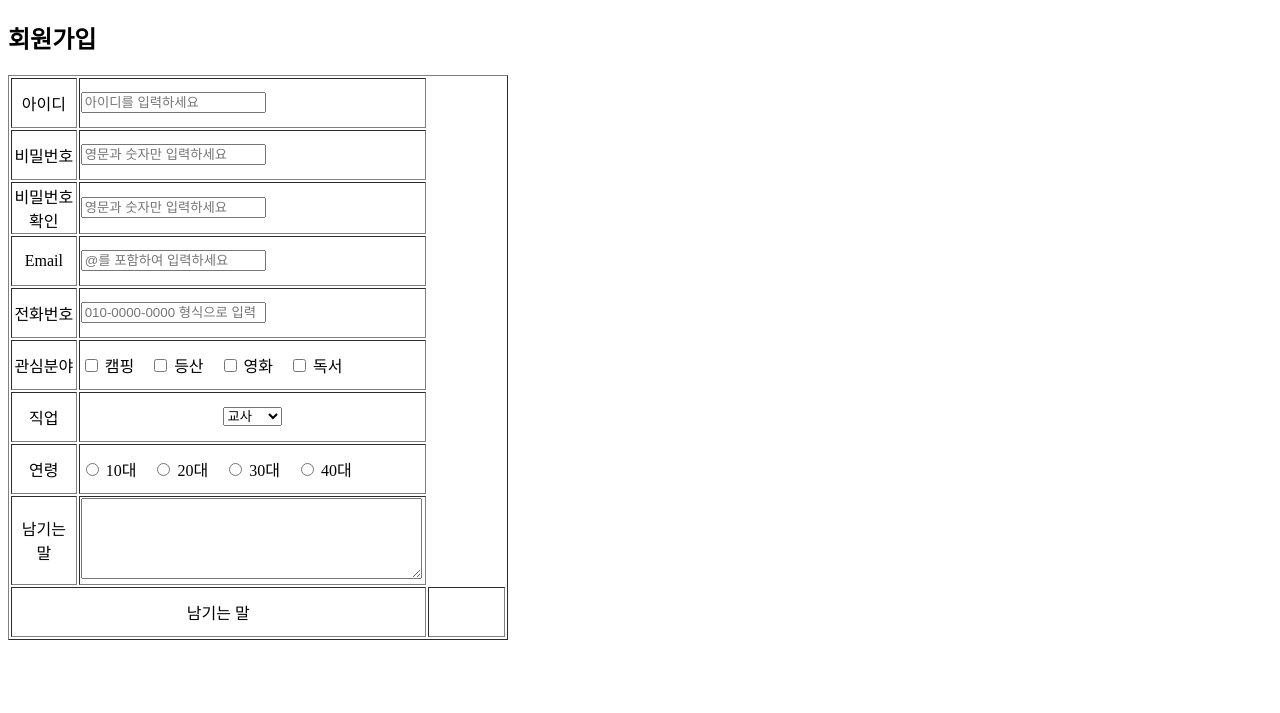
Repository: junirang330/Jsp2026
Page: http://localhost/chapter01/Request/Requestjoin.jsp
These files come from the project's save history. The page is drawn as it stood at one moment and after the next save; the edit follows.
The browser window is 1280 px wide. The pictures show the whole page.
The page is served by Tomcat 9.

Above is the page before, as saved 2026-10-19 06:50:34.

After the next save:
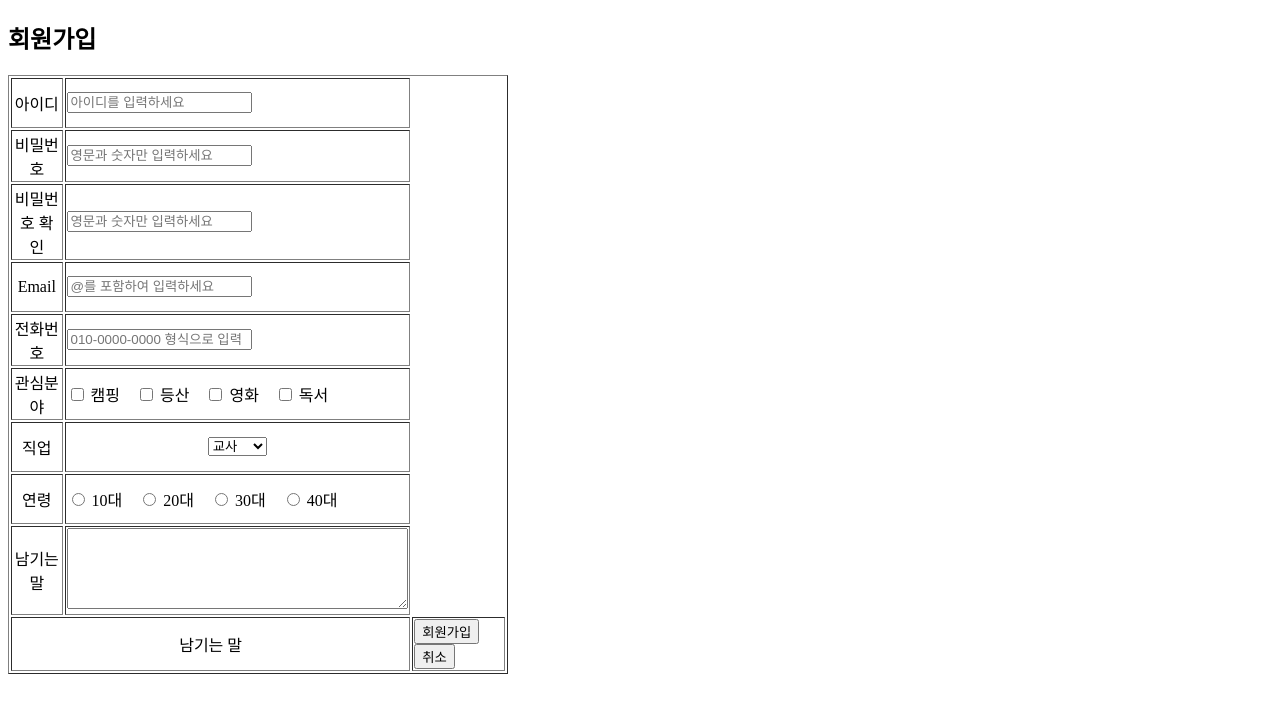
Saved 32 s later.
--- a/chapter01/src/main/webapp/Request/Requestjoin.jsp
+++ b/chapter01/src/main/webapp/Request/Requestjoin.jsp
@@ -88,7 +88,8 @@
 				<tr height = "50">
 					<td colspan = "2" align = "center">남기는 말</td>
 					<td width = "350">
-
+						<input type = "submit" value = "회원가입"/>
+						<input type = "reset" value = "취소"/>
 					</td>
 				</tr>
 			</table>
